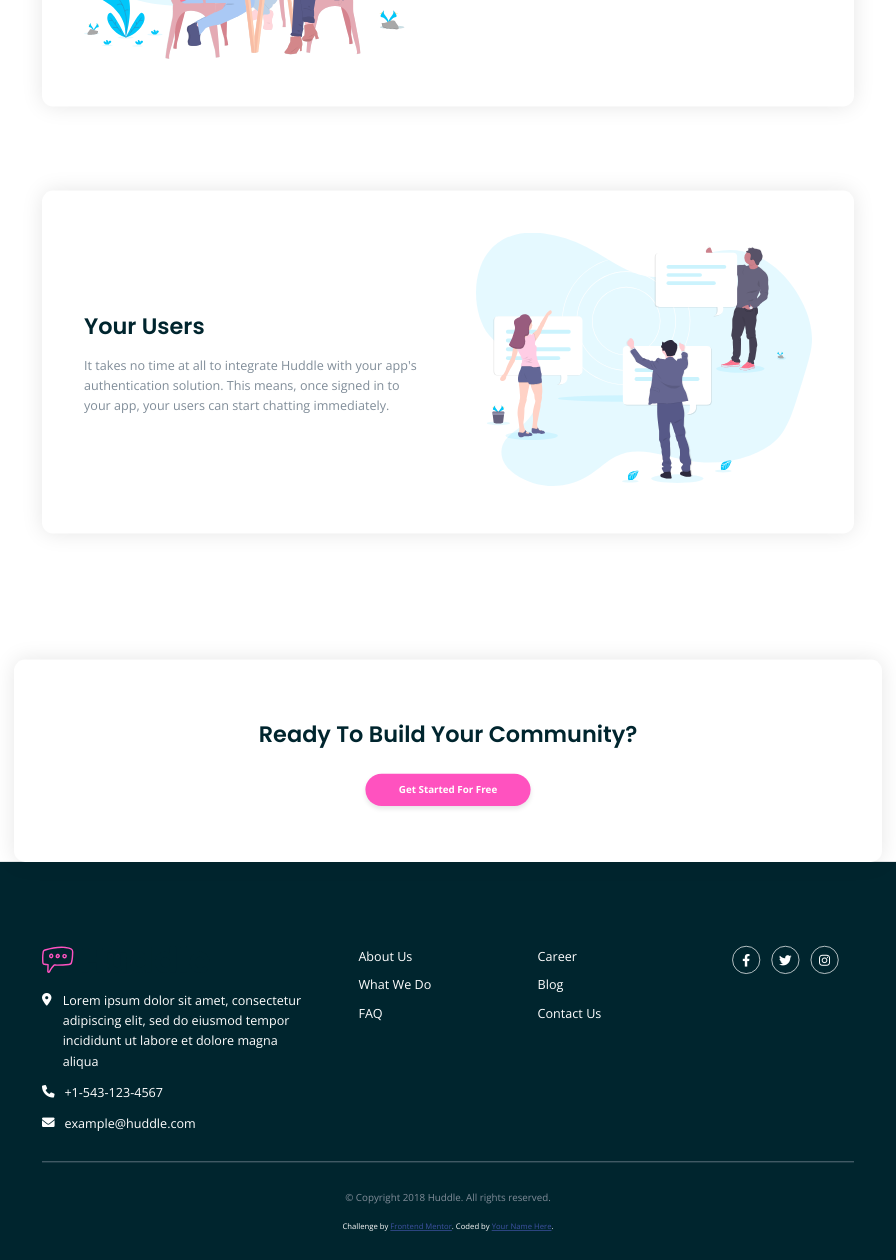
Repository: blordeus/huddle-landing-page
Page: index.html
An editor plug-in stored every save of this project. The page is shown before and after a run of saves, followed by the edit.
The browser window is 1280 px wide. The pictures show the part of the page from y = 1766 to 3686 px (the page is 3566 px tall before and 3686 px after), at 70% of full size.

Above is the page before, as saved 2025-07-01 11:08:36.

After the next 2 saves:
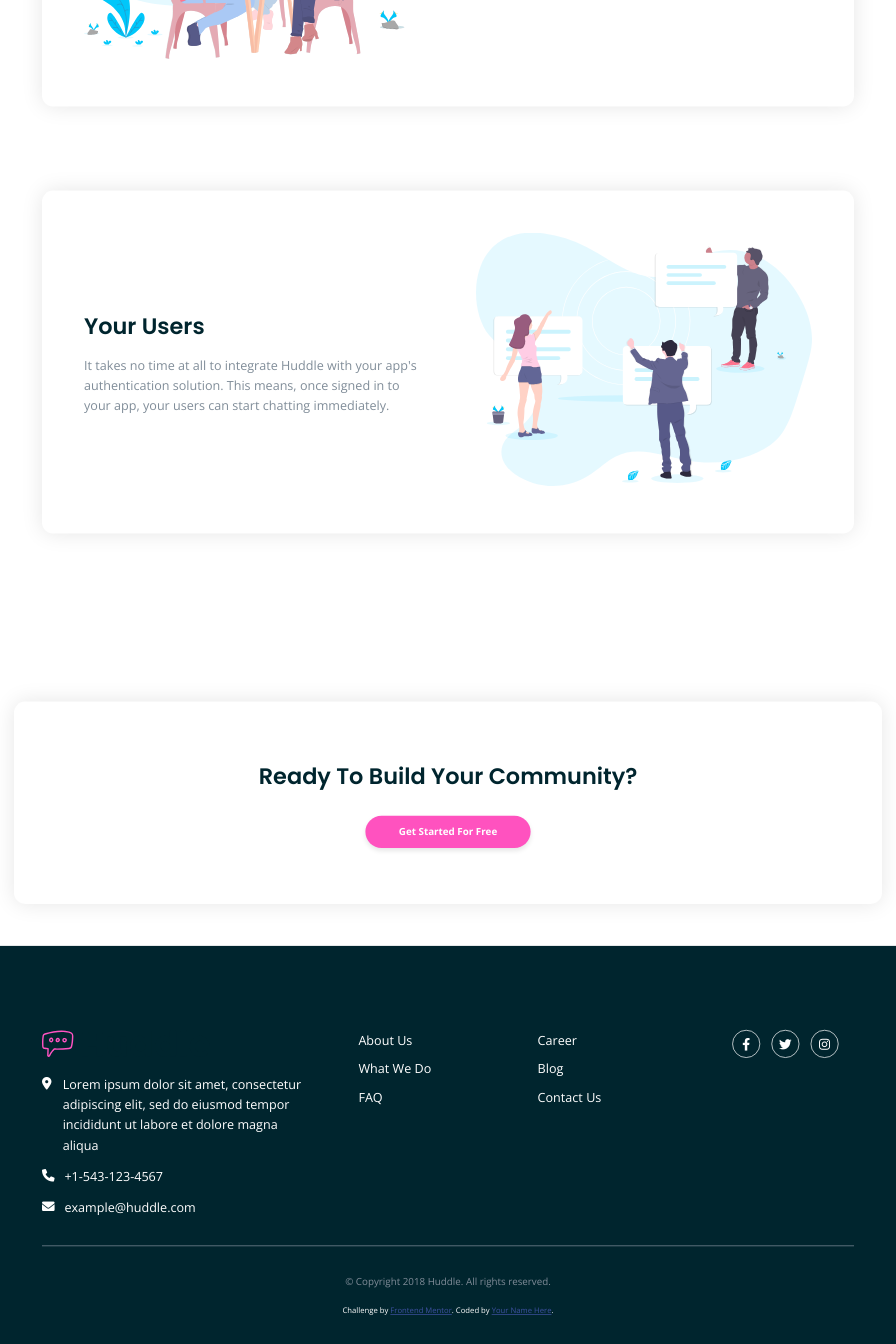
The 2 saves are shown as one change because they came seconds apart.
The last was saved 8 s later.
--- a/styles.css
+++ b/styles.css
@@ -161,7 +161,7 @@
       box-shadow: 0 0 30px rgba(0, 0, 0, 0.1);
       position: relative;
       z-index: 2;
-      margin-top: -60px; /* Overlap with features section */
+      margin-bottom: 60px; /* Overlap with features section */
     }
 
     .cta h2 {
